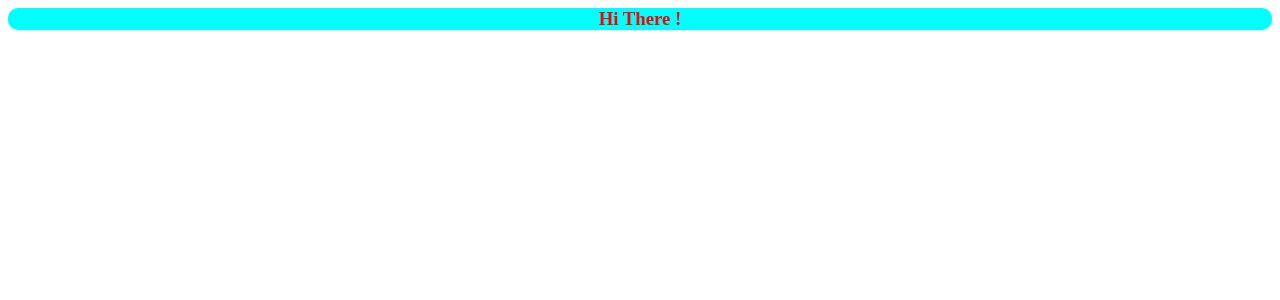
Repository: VISHALGUPTA100803/Harkirat_MERN
Page: zerodha_landing_page week0(html+css)/index2.html
These files come from the project's save history. The page is drawn as it stood at one moment and after a run of saves; the edit follows.
The browser window is 1280 px wide. The pictures show the whole page.

Above is the page before, as saved 2023-12-16 13:49:32.

After the next 7 saves:
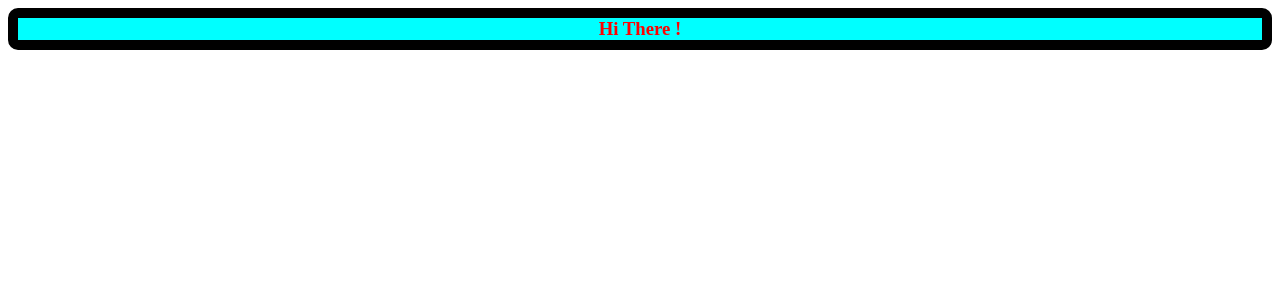
The 7 saves are shown as one change because they came seconds apart.
The last was saved 19 s later.
--- a/zerodha_landing_page week0(html+css)/index2.html
+++ b/zerodha_landing_page week0(html+css)/index2.html
@@ -1,5 +1,5 @@
 <center>
-    <h3 style="color: red; background-color: aqua; border-radius: 10px;border: ;">
+    <h3 style="color: red; background-color: aqua; border-radius: 10px;border: 10px solid black;">
    Hi There !
     </h3>
  </center>
